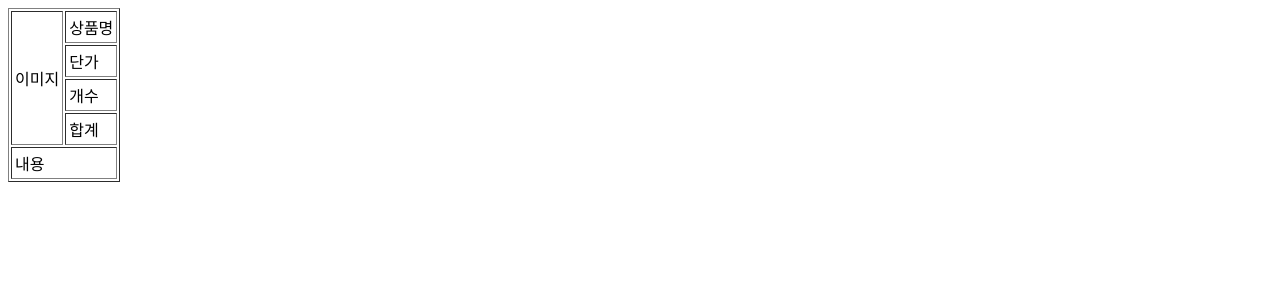
Repository: naldal/Bitcamp
Page: http://localhost/miniProject/imageboard/imageboardView.jsp
These files come from the project's save history. The page is drawn as it stood at one moment and after the next save; the edit follows.
The browser window is 1280 px wide. The pictures show the whole page.
The page is served by Tomcat 9.

Above is the page before, as saved 2020-02-19 07:09:07.

After the next save:
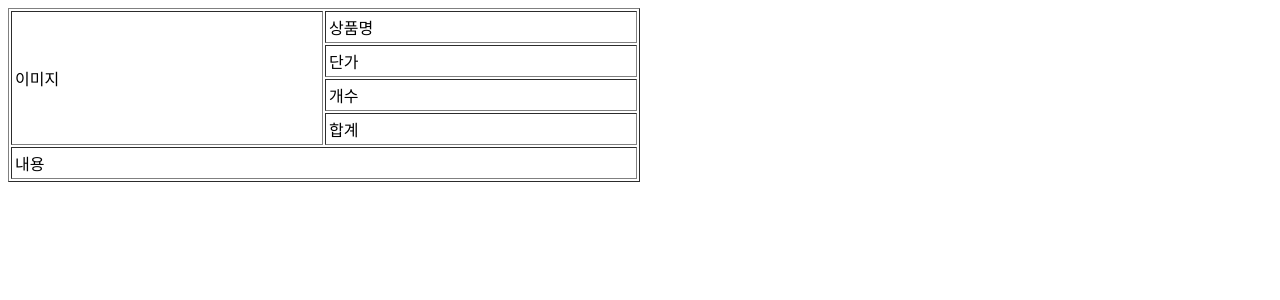
Saved 20 s later.
--- a/miniProject/WebContent/imageboard/imageboardView.jsp
+++ b/miniProject/WebContent/imageboard/imageboardView.jsp
@@ -2,7 +2,7 @@
 	pageEncoding="UTF-8"%>
 <!DOCTYPE html>
 
-<table border="1" cellpadding="3">
+<table border="1" width="50%" cellpadding="3">
 	<tr>
 		<td rowspan="4">이미지</td>
 		<td>상품명</td>
